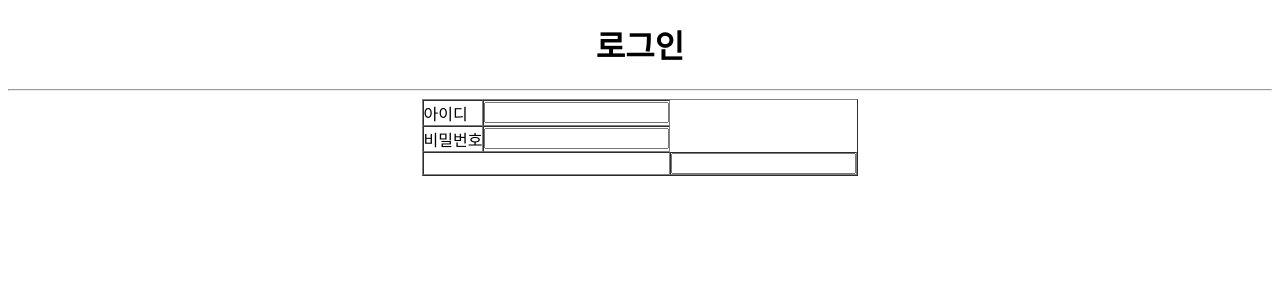
Repository: Mockingbirs/src
Page: http://localhost/ch11_SpringMVC_Board/login.jsp
An editor plug-in stored every save of this project. The page is shown before and after the next save, followed by the edit.
The browser window is 1280 px wide. The pictures show the whole page.
The page is served by Tomcat 9. Nobody is signed in. The application's start-up code is not run.

Above is the page before, as saved 2022-09-14 07:47:11.

After the next save:
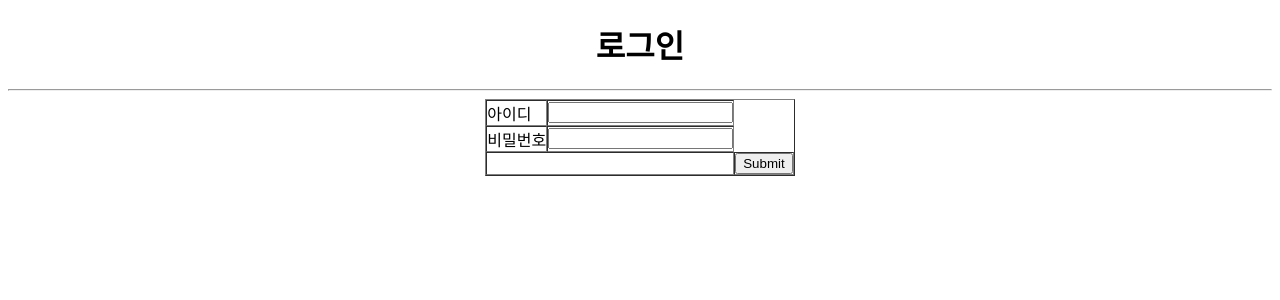
Saved 18 s later.
--- a/ch11_SpringMVC_Board/src/main/webapp/login.jsp
+++ b/ch11_SpringMVC_Board/src/main/webapp/login.jsp
@@ -24,7 +24,7 @@
 
 			<tr>
 				<td colspan="2" align="center"></td>
-				<td><input type="password" name="password" /></td>
+				<td><input type="submit" /></td>
 			</tr>
 
 		</table>
